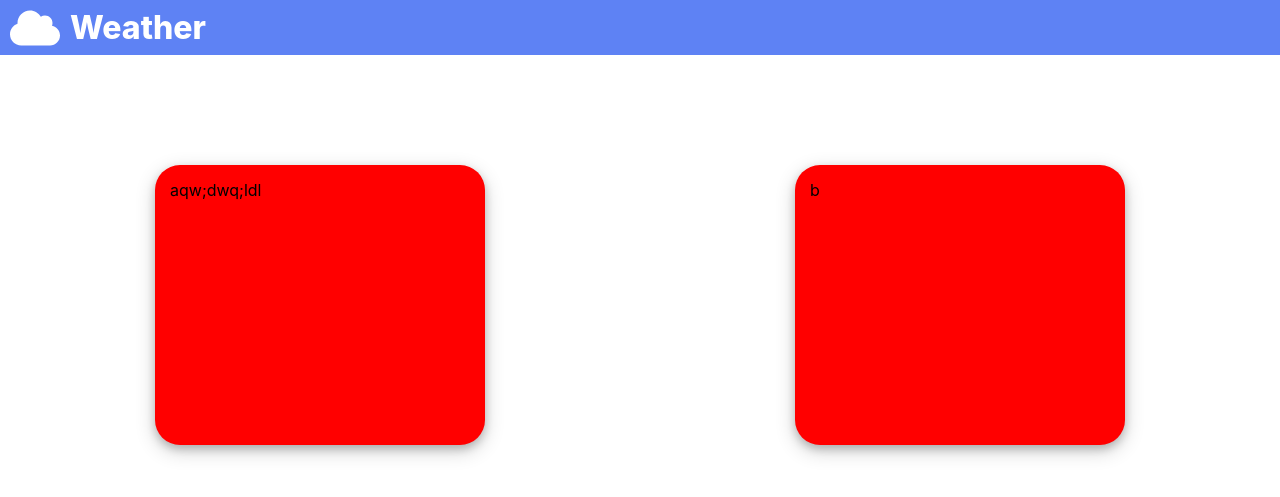
Repository: ahmedazawi/weather-app
Page: /
An editor plug-in stored every save of this project. The page is shown before and after the next save, followed by the edit.
The browser window is 1280 px wide. The pictures show the whole page.
The project was rebuilt for these pictures with package versions that can differ from the ones it lists, and the page was loaded fresh each time.

Above is the page before, as saved 2022-11-29 21:08:13.

After the next save:
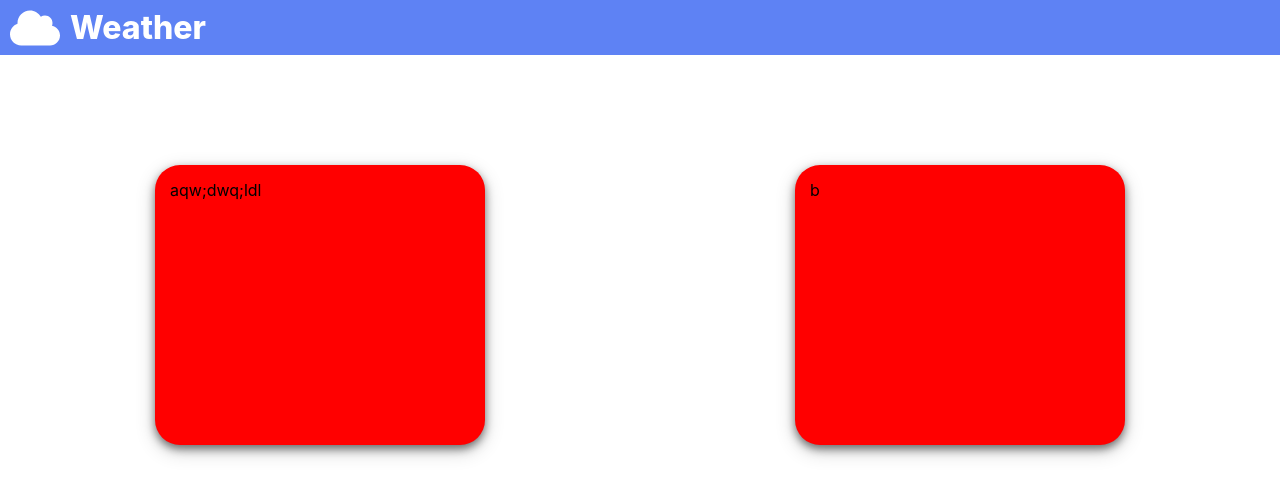
Saved 10 s later.
--- a/src/assets/css/details.css
+++ b/src/assets/css/details.css
@@ -18,5 +18,5 @@
   background-color: red;
   padding: 15px;
   border-radius: var(--borderRadius);
-  box-shadow: 0 4px 8px 0 rgba(0, 0, 0, 0.2), 0 6px 20px 0 rgba(0, 0, 0, 0.19);
+  box-shadow: 0 4px 8px 0 rgba(0, 0, 0, 0.5), 0 6px 20px 0 rgba(0, 0, 0, 0.19);
 }

After the save that followed:
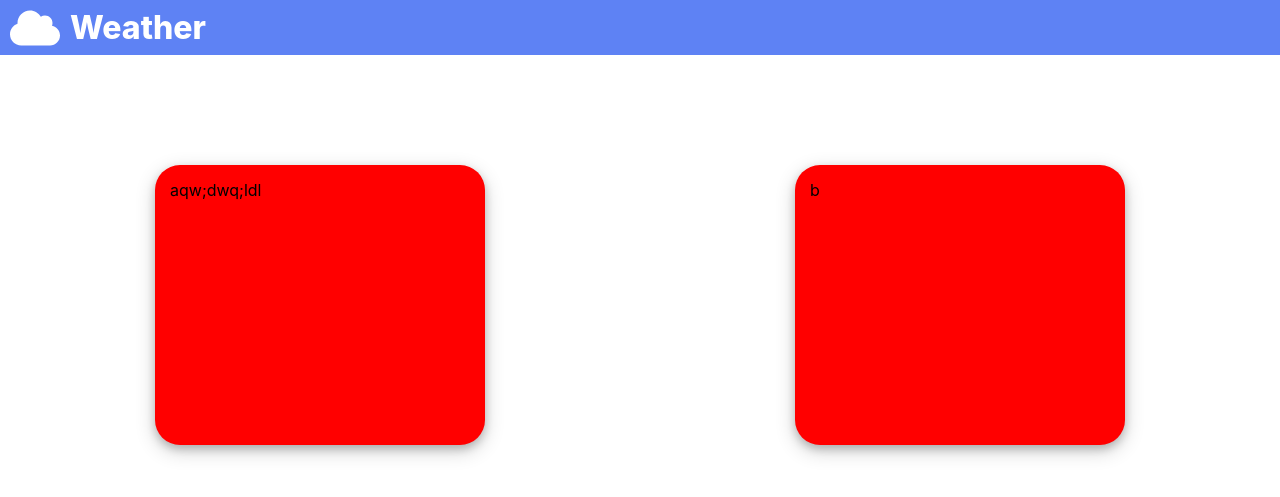
Saved 4 s later.
--- a/src/assets/css/details.css
+++ b/src/assets/css/details.css
@@ -18,5 +18,5 @@
   background-color: red;
   padding: 15px;
   border-radius: var(--borderRadius);
-  box-shadow: 0 4px 8px 0 rgba(0, 0, 0, 0.5), 0 6px 20px 0 rgba(0, 0, 0, 0.19);
+  box-shadow: 0 4px 8px 0 rgba(0, 0, 0, 0.2), 0 6px 20px 0 rgba(0, 0, 0, 0.19);
 }
